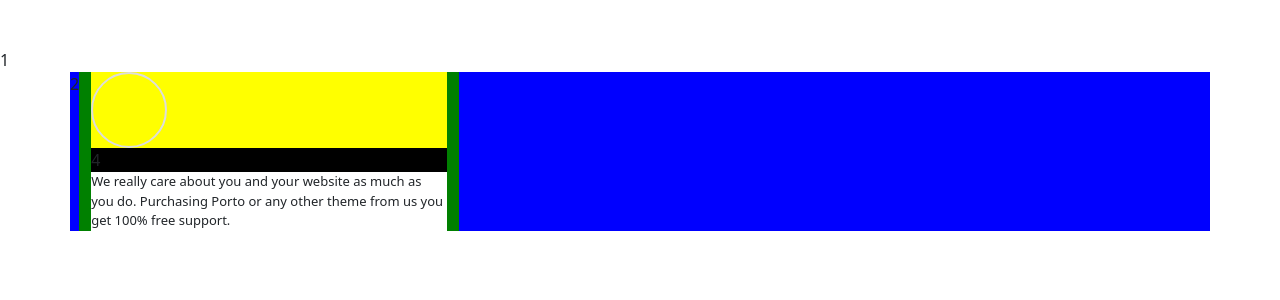
Repository: NguyenDo13/BE2-NhomH
Page: module-9/index/index.html
The author's editor kept a copy of each file at every save. The page is drawn from the files as they stood at one save, then again after a run of saves.
The browser window is 1280 px wide. The pictures show the whole page.

Above is the page before, as saved 2022-05-15 11:19:12.

### module-9/index/index.html
<!DOCTYPE html>
<html lang="en">

<head>
    <meta charset="UTF-8" />
    <meta http-equiv="X-UA-Compatible" content="IE=edge" />
    <meta name="viewport" content="width=device-width, initial-scale=1.0" />
    <link rel="stylesheet" href="public/css/style.css" />
    <link rel="stylesheet" href="public/css/bootstrap.min.css" />
    <link rel="stylesheet" href="https://cdnjs.cloudflare.com/ajax/libs/font-awesome/5.15.3/css/all.min.css" />
    <title>Document</title>
</head>

<body>
    <div class="pt-5 pb-4">
        <!-- chia hàng -->1
        <div class="container">
            <div class="row">
                <!-- chia cột -->2
                <div class="vc_column_container col-md-4">
                    <div class="portoContainer">
                        <div class="portoTop">
                            <div class="portoTopicon" style="text-align: center;">
                                <div class="porto-icon advanced">

                                </div>
                                <i class="Simple-Line-Icons-action-undo"> </i>
                            </div>
                        </div>
                        <div class="portoheader">4</div>
                        <div class="portodescription" style="font-size: 13px">
                            We really care about you and your website as much as you do. Purchasing Porto or any other theme from us you get 100% free support.
                        </div>
                    </div>
                </div>
            </div>
        </div>
    </div>
</body>

</html>

### module-9/index/public/css/style.css
body {
    font-size: 13px;
    line-height: 22px;
    font-family: 'Open Sans', sans-serif;
    background: #fff;
}

.portoTotal {
    background-color: red;
}

.container {}

.row {
    background-color: blue;
    display: flex;
    flex-wrap: wrap;
}

.vc_column_container {
    background-color: green;
}

.portoContainer {
    background-color: yellow;
}

.portotop {}

.portoTopicon {
    color: #0088cc;
    background: transparent;
    border-style: solid;
    border-color: #dddddd;
    border-width: 2px;
    width: 76px;
    height: 76px;
    line-height: 76px;
    border-radius: 40px;
    font-size: 40px;
}

.portoheader {
    background-color: black;
}

.portodescription {
    background-color: white;
}

Loaded but not shown: module-9/index/public/css/bootstrap.min.css (library)

After the next 2 saves:
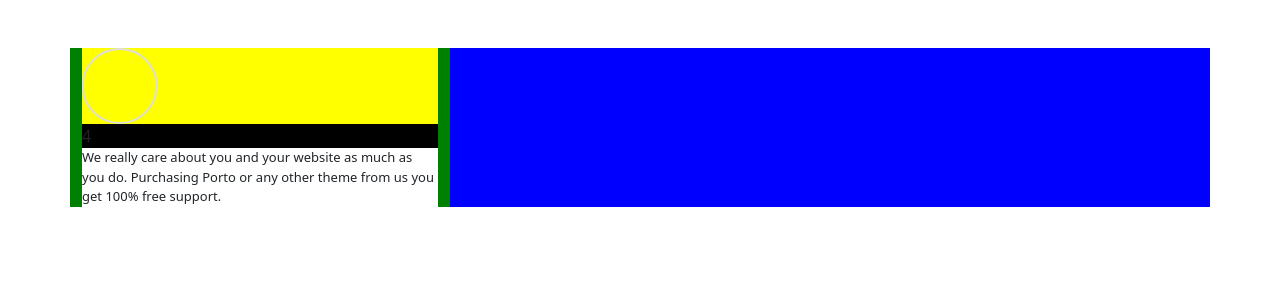
The 2 saves are shown as one change because they came seconds apart.
The last was saved 2 min 0 s later.
--- a/module-9/index/index.html
+++ b/module-9/index/index.html
@@ -13,10 +13,10 @@
 
 <body>
     <div class="pt-5 pb-4">
-        <!-- chia hàng -->1
+        <!-- chia hàng -->
         <div class="container">
             <div class="row">
-                <!-- chia cột -->2
+                <!-- chia cột -->
                 <div class="vc_column_container col-md-4">
                     <div class="portoContainer">
                         <div class="portoTop">
